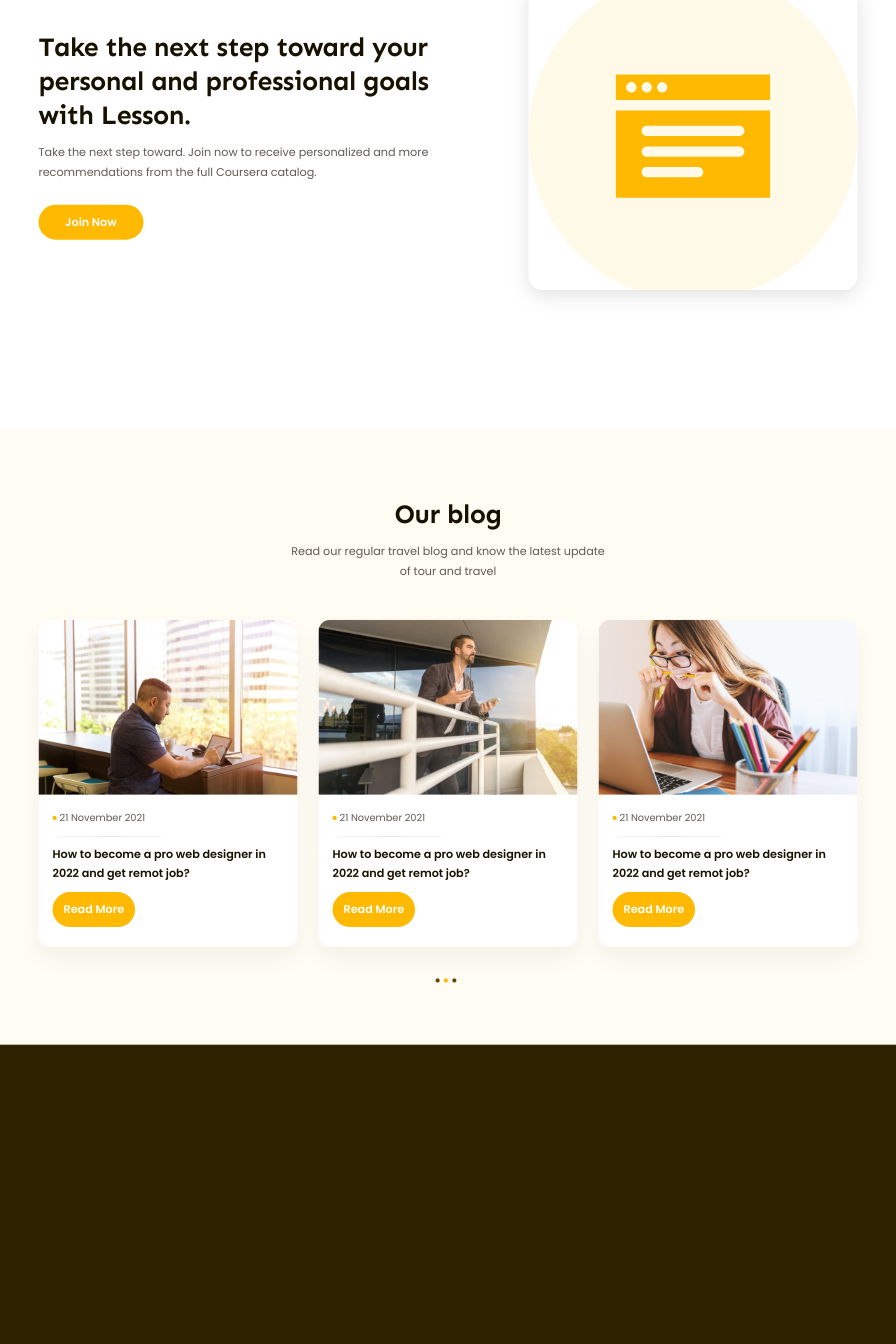
Repository: kauittt/LTWEB
Page: index.html
An editor plug-in stored every save of this project. The page is shown before and after the next save, followed by the edit.
The browser window is 1280 px wide. The pictures show the part of the page from y = 3189 to 5109 px (the page is 5109 px tall), at 70% of full size.

Above is the page before, as saved 2023-01-25 22:57:47.

After the next save:
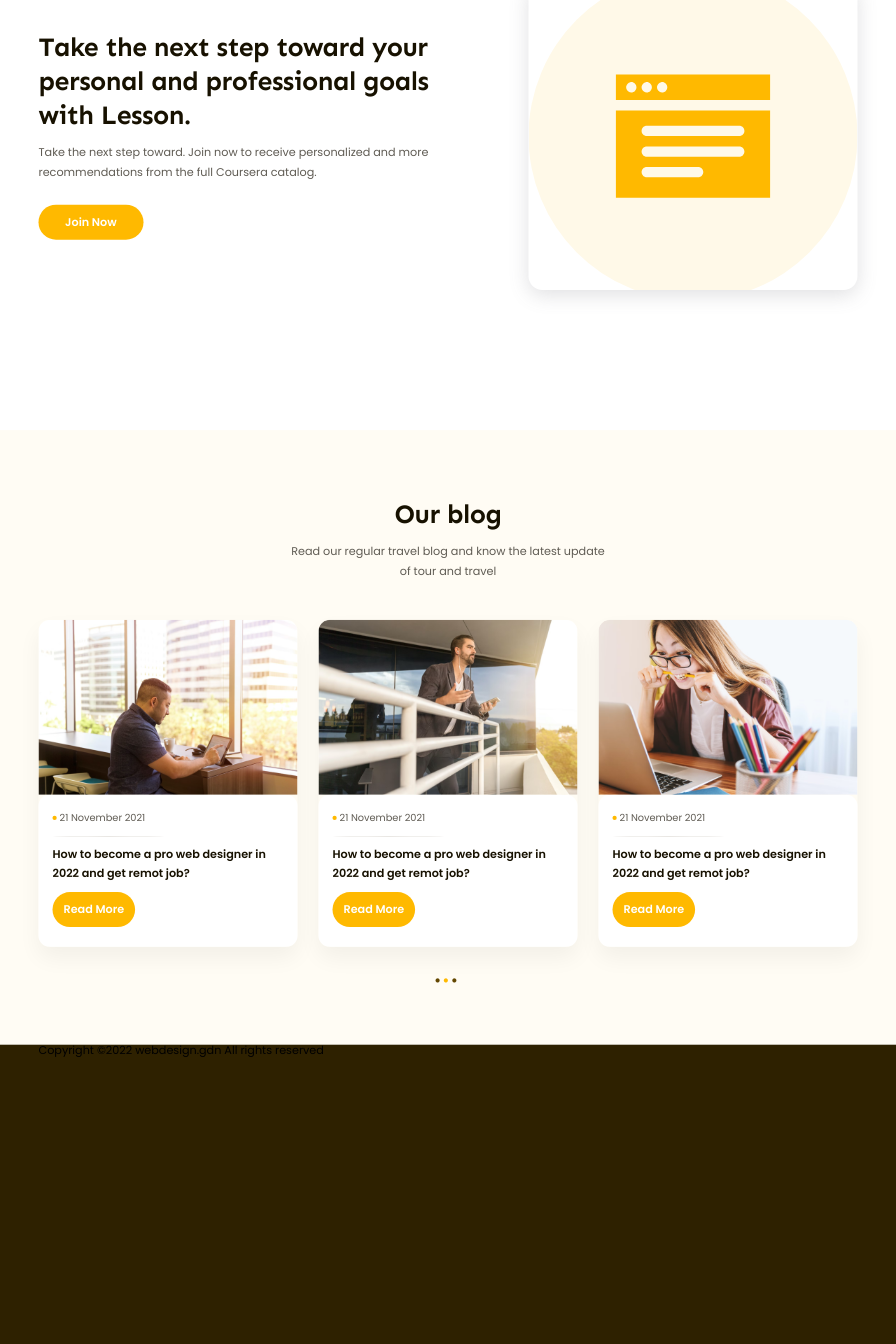
Saved 2 min 56 s later.
--- a/index.html
+++ b/index.html
@@ -532,7 +532,13 @@
             </div>
 
             <div id="footer">
-                <div class="content footer-wrap"></div>
+                <div class="content footer-wrap">
+                    <div class="footer-content"></div>
+
+                    <div class="footer-copyRight">
+                        Copyright ©2022 webdesign.gdn All rights reserved
+                    </div>
+                </div>
             </div>
         </div>
     </body>
